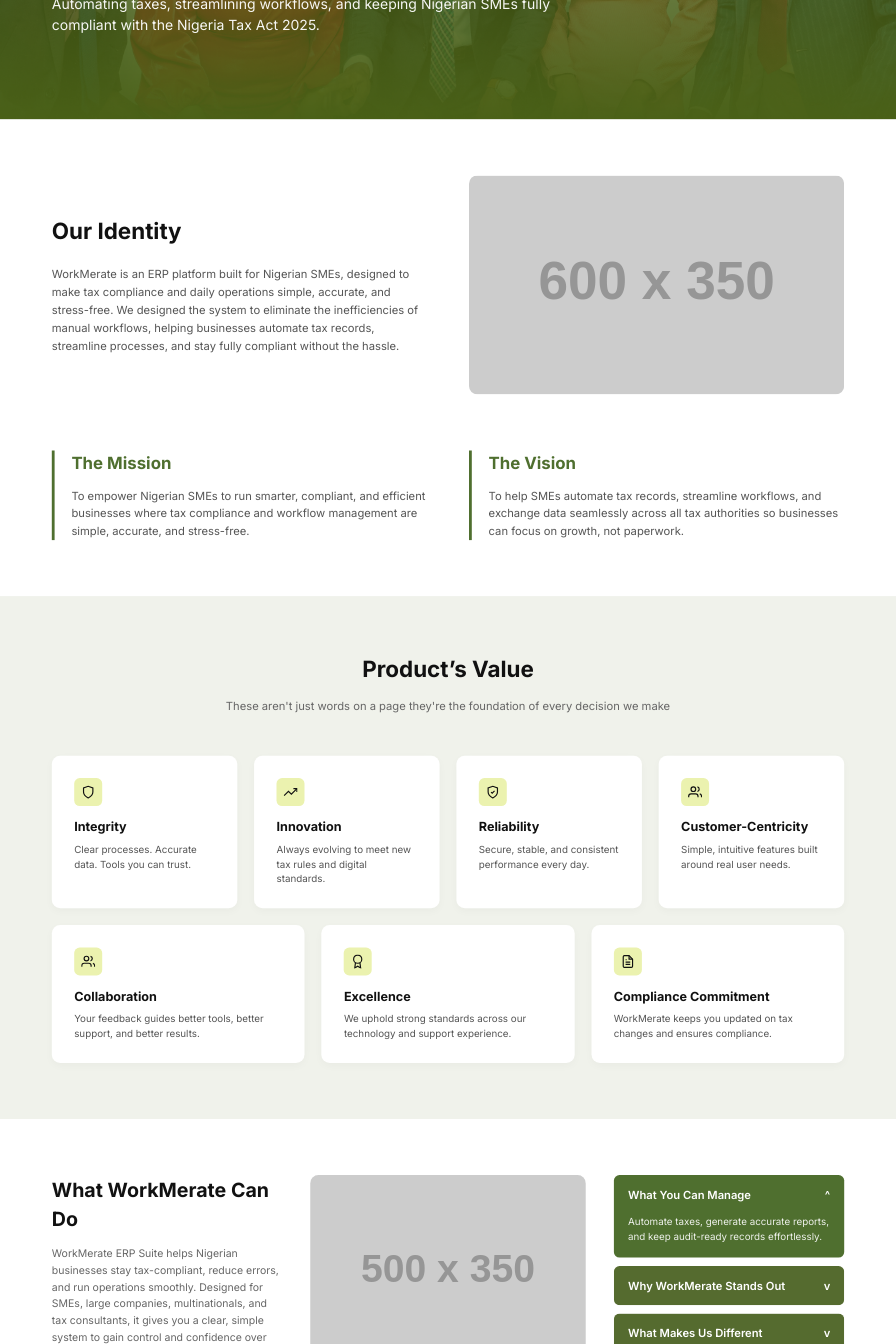
Repository: AYANO-EMMANUEL/workmerate
Page: about.html
The author's editor kept a copy of each file at every save. The page is drawn from the files as they stood at one save, then again after the next save.
The browser window is 1280 px wide. The pictures show the part of the page from y = 402 to 2322 px (the page is 3389 px tall before and 3277 px after), at 70% of full size.

Above is the page before, as saved 2026-02-02 14:27:13.

After the next save:
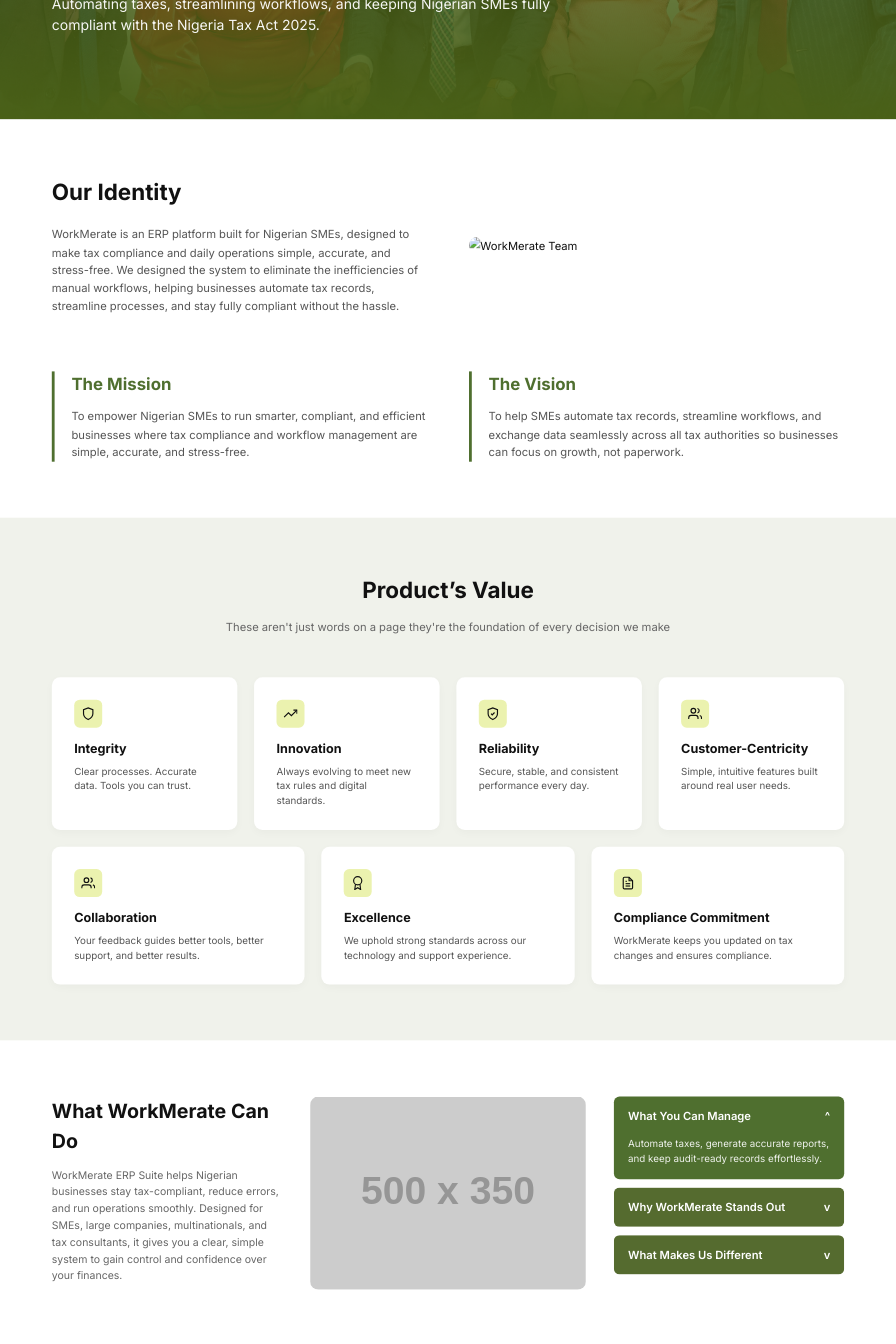
Saved 13 min 16 s later.
--- a/about.html
+++ b/about.html
@@ -51,7 +51,7 @@
                     <p>WorkMerate is an ERP platform built for Nigerian SMEs, designed to make tax compliance and daily operations simple, accurate, and stress-free. We designed the system to eliminate the inefficiencies of manual workflows, helping businesses automate tax records, streamline processes, and stay fully compliant without the hassle.</p>
                 </div>
                 <div class="identity-image">
-                    <img src="https://placehold.co/600x350/eeeeee/999999?text=Team+Photo" alt="WorkMerate Team">
+                    <img src="../" alt="WorkMerate Team">
                 </div>
             </div>
 
